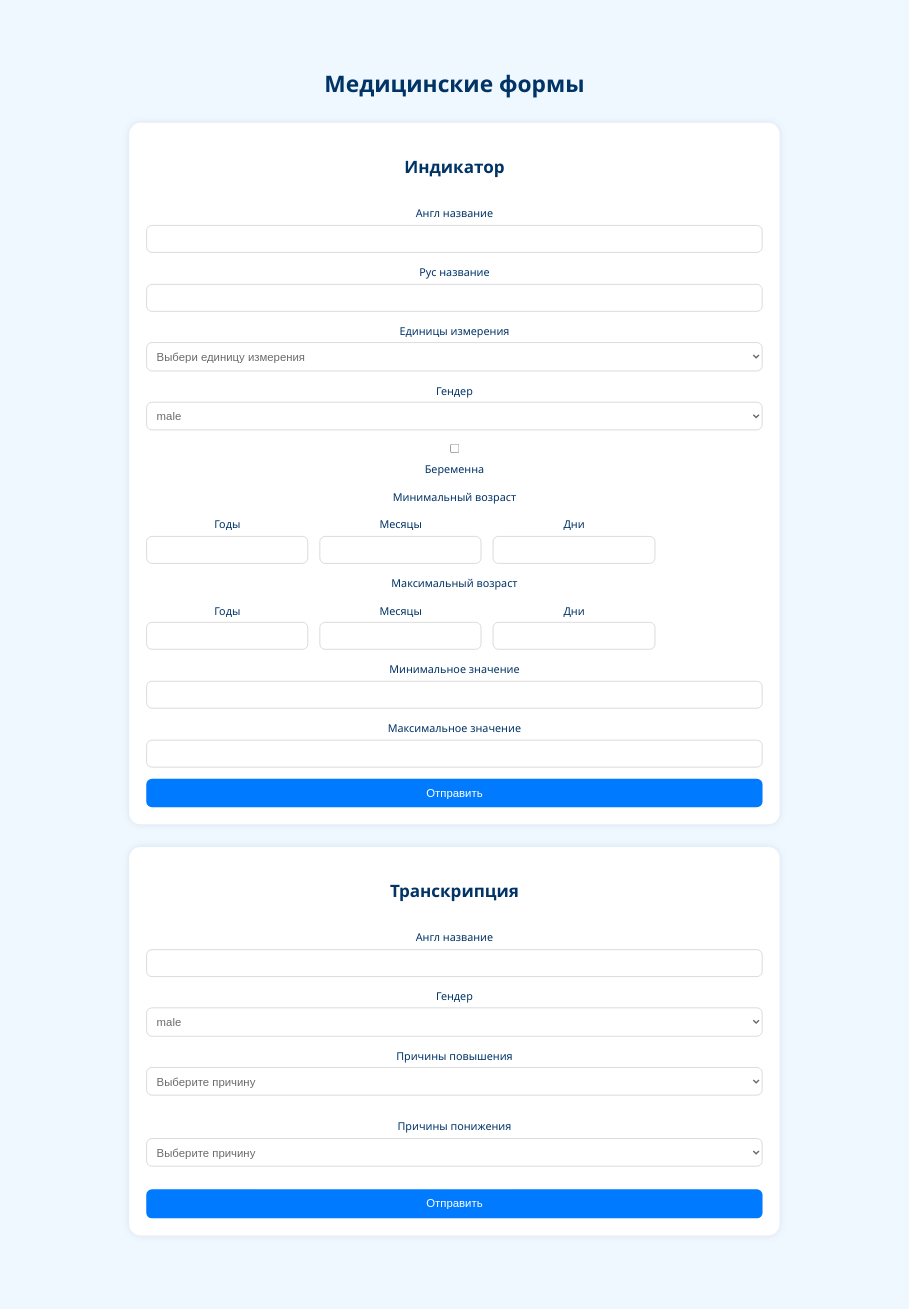
Repository: GGlebux/Transay
Page: / (app in frontend/)
The author's editor kept a copy of each file at every save. The page is drawn from the files as they stood at one save, then again after the next save.
The browser window is 1280 px wide. The pictures show the whole page, at 71% of full size.
The project was rebuilt for these pictures with package versions that can differ from the ones it lists, and the page was loaded fresh each time. Also part of the build but not shown: frontend/vite.config.ts.

Above is the page before, as saved 2025-08-04 16:31:54.

### frontend/src/index.css
:root {
  font-family: system-ui, Avenir, Helvetica, Arial, sans-serif;
  line-height: 1.5;
  font-weight: 400;
  background-color: #f0f8ff;
  color-scheme: light dark;
  color: rgba(255, 255, 255, 0.87);


  font-synthesis: none;
  text-rendering: optimizeLegibility;
  -webkit-font-smoothing: antialiased;
  -moz-osx-font-smoothing: grayscale;
}

input, select {
  background: #ffffff;
  color: rgb(105, 107, 107);
}

### frontend/src/App.tsx
import './styles/forms.css';
import IndicatorForm from './components/IndicatorForm';
import TranscriptForm from './components/TranscriptForm';

function App() {
  return (
    <div className="container">
      <h1>Медицинские формы</h1>
      <IndicatorForm />
      <TranscriptForm />
    </div>
  );
}

export default App;

### frontend/src/styles/forms.css
#root {
  max-width: 980px;
  margin: 0 auto;
  padding: 2rem;
  text-align: center;
  background-color: #f0f8ff;
}

.form-label {
  display: flex;
  flex-direction: column;
  font-weight: 500;
  color: #003366;
  font-size: 0.95rem;
  gap: 0.3rem;
}


.container {
  padding: 2rem;
  background-color: #f0f8ff;
  color: #003366;
  font-family: 'Segoe UI', sans-serif;
}

h1 {
  text-align: center;
  margin-bottom: 2rem;
}

.form-card {
  background: white;
  padding: 1.5rem;
  border-radius: 1rem;
  box-shadow: 0 0 12px rgba(0, 51, 102, 0.1);
  margin-bottom: 2rem;
  display: flex;
  flex-direction: column;
  gap: 1rem;
}

input,
select {
  padding: 0.6rem;
  border: 1px solid #ccc;
  border-radius: 8px;
  font-size: 1rem;
}

button {
  background-color: #007bff;
  color: white;
  border: none;
  padding: 0.7rem 1.5rem;
  font-size: 1rem;
  border-radius: 8px;
  cursor: pointer;
  transition: background 0.3s ease;
}

button:hover {
  background-color: #0056b3;
}

.age-row {
  display: flex;
  gap: 1rem;
}

.checkbox {
  display: flex;
  align-items: center;
  gap: 0.5rem;
}

.tag-container {
  display: flex;
  flex-wrap: wrap;
  gap: 0.5rem;
}

.tag {
  background-color: #e6f0ff;
  border: 1px solid #007bff;
  color: #003366;
  padding: 0.4rem 0.8rem;
  border-radius: 20px;
  display: flex;
  align-items: center;
  gap: 0.5rem;
}

.tag button {
  background: none;
  border: none;
  font-size: 1.2rem;
  color: #007bff;
  cursor: pointer;
}

### frontend/src/components/IndicatorForm.tsx
import { useState, useEffect } from 'react';

const genders = ['male', 'female', 'both'];

function IndicatorForm() {
  const [units, setUnits] = useState<string[]>([]);

  useEffect(() => {
    // Заменить на свой API
    setUnits(['mg/L', 'mmol/L', 'g/dL']);
  }, []);

return (
  <form className="form-card">
    <h2>Индикатор</h2>

    <label className="form-label">
      Англ название
      <input type="text" />
    </label>

    <label className="form-label">
      Рус название
      <input type="text" />
    </label>

    <label className="form-label">
      Единицы измерения
      <select>
        <option>Выбери единицу измерения</option>
        {units.map((u) => (
          <option key={u}>{u}</option>
        ))}
      </select>
    </label>

    <label className="form-label">
      Гендер
      <select>
        {genders.map((g) => (
          <option key={g} value={g}>
            {g}
          </option>
        ))}
      </select>
    </label>

    <label className="form-label checkbox">
      <input type="checkbox" />
      Беременна
    </label>

    <label className="form-label">Минимальный возраст</label>
    <div className="age-row">
      <label className="form-label">Годы<input type="number" /></label>
      <label className="form-label">Месяцы<input type="number" /></label>
      <label className="form-label">Дни<input type="number" /></label>
    </div>

    <label className="form-label">Максимальный возраст</label>
    <div className="age-row">
      <label className="form-label">Годы<input type="number" /></label>
      <label className="form-label">Месяцы<input type="number" /></label>
      <label className="form-label">Дни<input type="number" /></label>
    </div>

    <label className="form-label">
      Минимальное значение
      <input type="number" step="0.0001" />
    </label>

    <label className="form-label">
      Максимальное значение
      <input type="number" step="0.0001" />
    </label>

    <button type="submit">Отправить</button>
  </form>
);
}

export default IndicatorForm;

### frontend/src/components/TranscriptForm.tsx
import { useState } from 'react';

const genders = ['male', 'female', 'both'];
const exampleReasons = ['Стресс', 'Инфекция', 'Беременность', 'Физнагрузка'];

function TranscriptForm() {
  const [raiseReasons, setRaiseReasons] = useState<string[]>([]);
  const [lowerReasons, setLowerReasons] = useState<string[]>([]);

  const handleSelect = (type: 'raise' | 'lower', value: string) => {
    const set = type === 'raise' ? setRaiseReasons : setLowerReasons;
    const current = type === 'raise' ? raiseReasons : lowerReasons;
    if (!current.includes(value)) set([...current, value]);
  };

  const handleRemove = (type: 'raise' | 'lower', value: string) => {
    const set = type === 'raise' ? setRaiseReasons : setLowerReasons;
    const current = type === 'raise' ? raiseReasons : lowerReasons;
    set(current.filter((r) => r !== value));
  };

 return (
  <form className="form-card">
    <h2>Транскрипция</h2>

    <label className="form-label">
      Англ название
      <input type="text" />
    </label>

    <label className="form-label">
      Гендер
      <select>
        {genders.map((g) => (
          <option key={g} value={g}>
            {g}
          </option>
        ))}
      </select>
    </label>

    <label className="form-label">
      Причины повышения
      <select onChange={(e) => handleSelect('raise', e.target.value)}>
        <option>Выберите причину</option>
        {exampleReasons.map((r) => (
          <option key={r}>{r}</option>
        ))}
      </select>
    </label>

    <div className="tag-container">
      {raiseReasons.map((r) => (
        <span key={r} className="tag">
          {r}
          <button type="button" onClick={() => handleRemove('raise', r)}>
            ×
          </button>
        </span>
      ))}
    </div>

    <label className="form-label">
      Причины понижения
      <select onChange={(e) => handleSelect('lower', e.target.value)}>
        <option>Выберите причину</option>
        {exampleReasons.map((r) => (
          <option key={r}>{r}</option>
        ))}
      </select>
    </label>

    <div className="tag-container">
      {lowerReasons.map((r) => (
        <span key={r} className="tag">
          {r}
          <button type="button" onClick={() => handleRemove('lower', r)}>
            ×
          </button>
        </span>
      ))}
    </div>

    <button type="submit">Отправить</button>
  </form>
);
}

export default TranscriptForm;

Loaded but not shown: frontend/index.html (common file); frontend/src/main.tsx (common file)

After the next save:
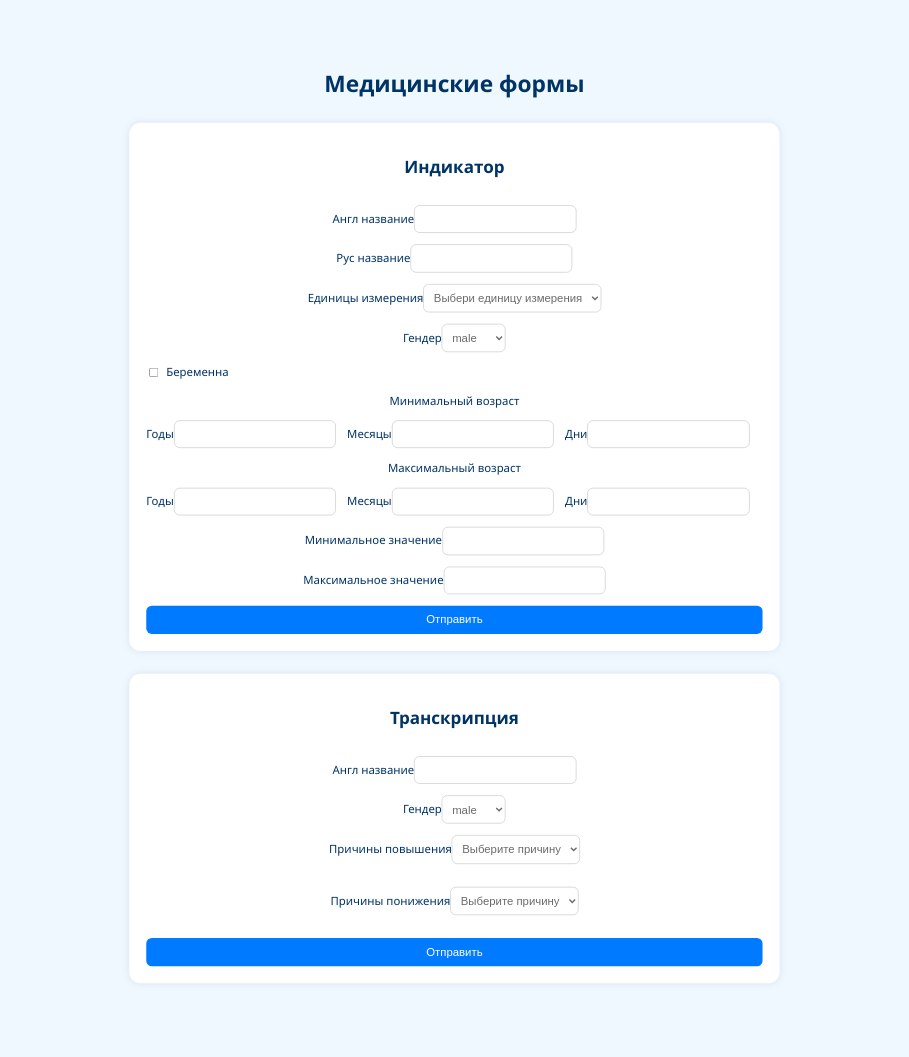
Saved 20 s later.
--- a/frontend/src/styles/forms.css
+++ b/frontend/src/styles/forms.css
@@ -6,14 +6,7 @@
   background-color: #f0f8ff;
 }
 
-.form-label {
-  display: flex;
-  flex-direction: column;
-  font-weight: 500;
-  color: #003366;
-  font-size: 0.95rem;
-  gap: 0.3rem;
-}
+
 
 
 .container {
